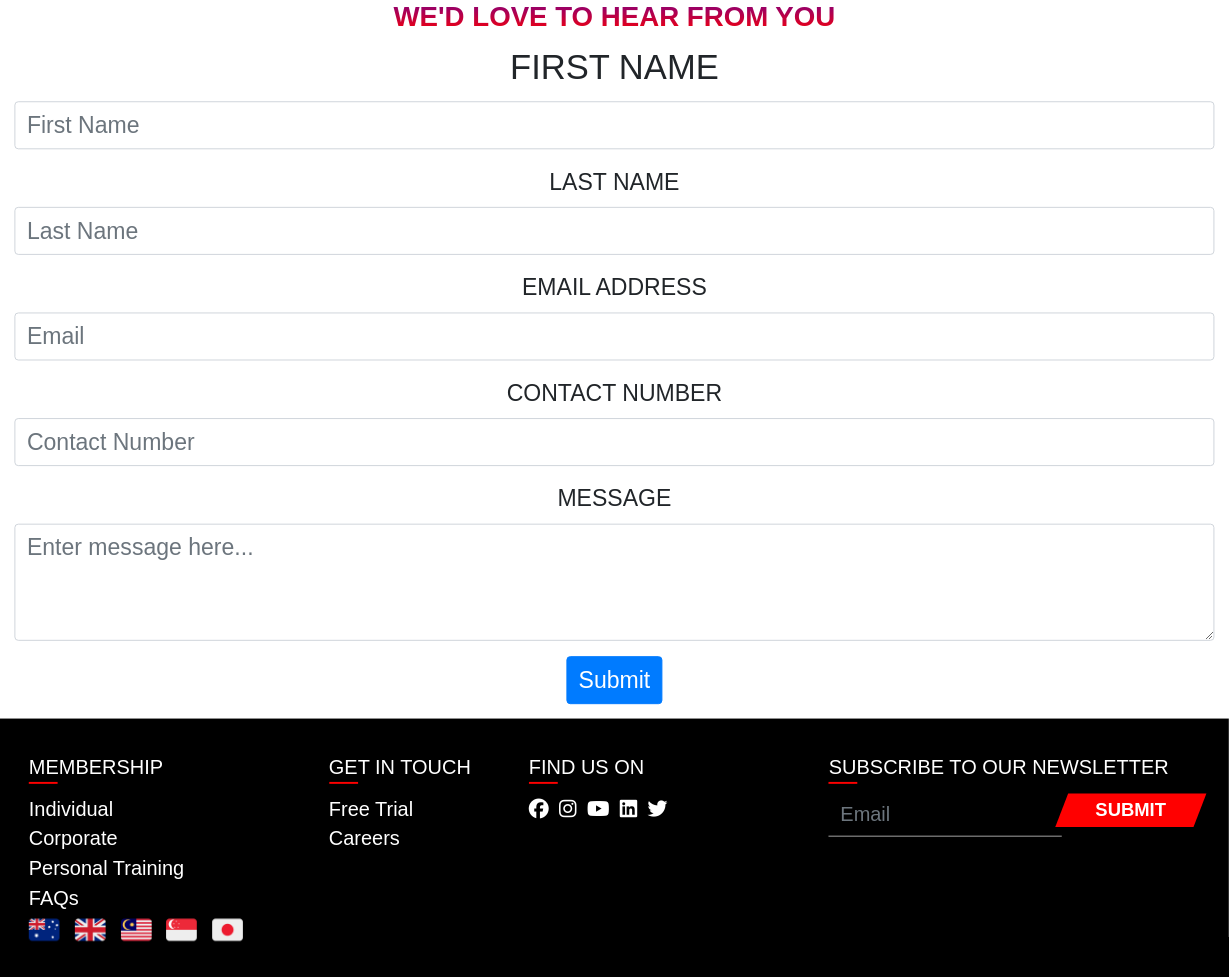
Repository: KJY93/User_Centric_Frontend_Development_Project
Page: contact.html
The author's editor kept a record of every edit. The page is drawn from the files as they stood at one moment, then again after the next edit.
The browser window is 1280 px wide. The pictures show the part of the page from y = 613 to 1631 px (the page is 1631 px tall before and 1613 px after), at 96% of full size.
Some web fonts or font styles are not loaded; a fallback is used. Some web libraries are served in a nearby version.

Above is the page before.

After the next edit:
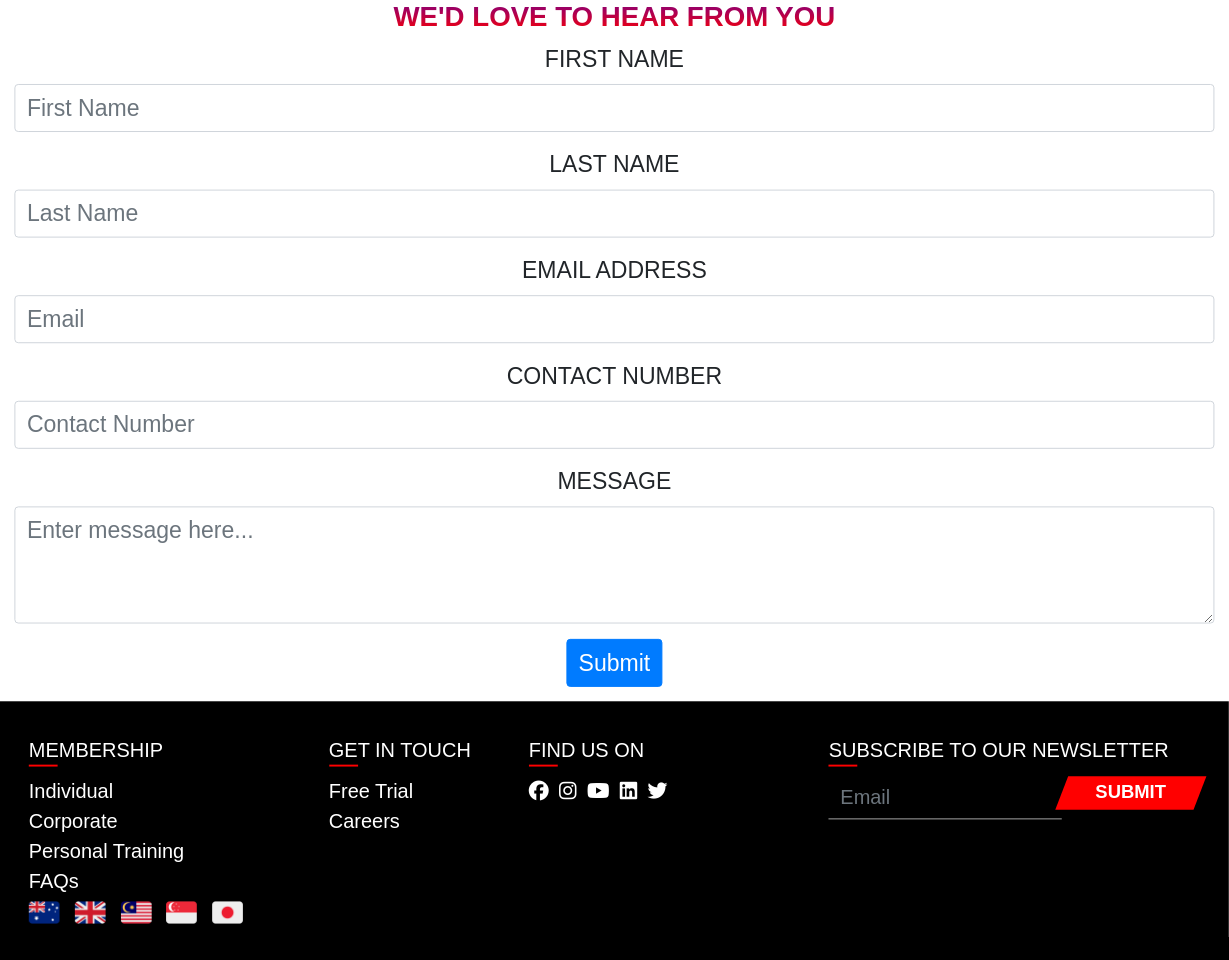
The edit:
--- a/contact.html
+++ b/contact.html
@@ -64,7 +64,7 @@
 
                 <form method="post" action="">
                     <div class="form-group">
-                        <div class="form-attribute"><label class="form-attribute" for="firstname">FIRST NAME</label></div>
+                        <div class="form-attribute"><label for="firstname">FIRST NAME</label></div>
                         <input type="text" class="form-control form-placeholder" id="firstname" placeholder="First Name">
                     </div>
 
